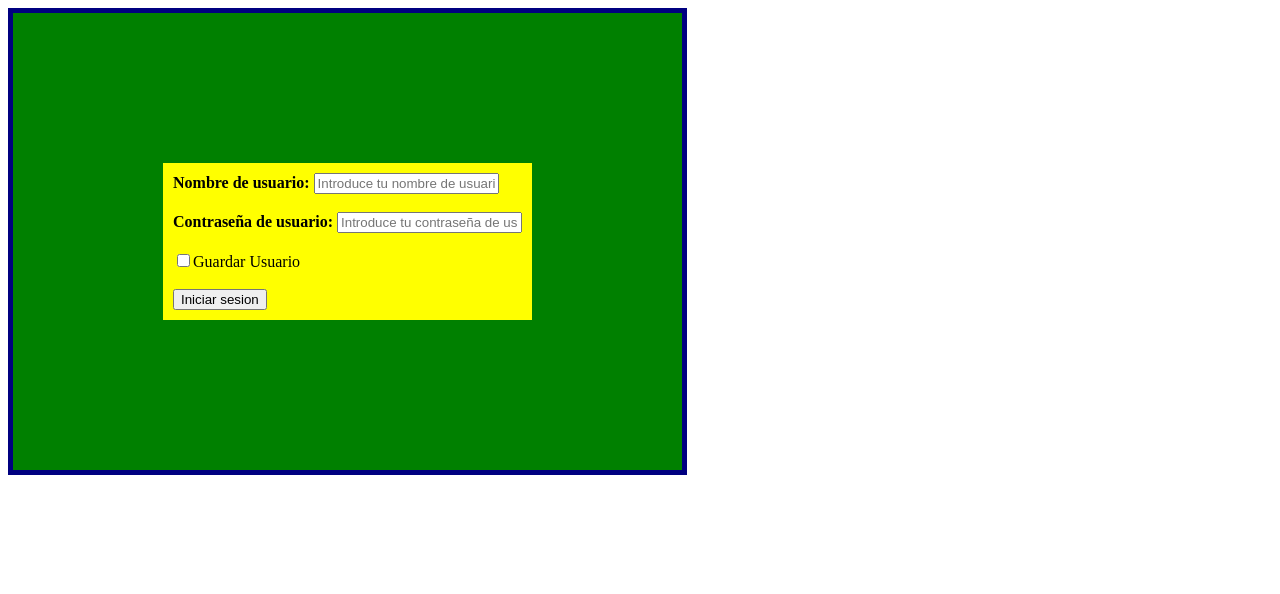
Repository: angegon/Developing-Applications-for-the-Java-EE-Platform
Page: http://localhost/21_validacion_servlet_jsp_mas_cookie_usuario/login.jsp
These files come from the project's save history. The page is drawn as it stood at one moment and after the next save; the edit follows.
The browser window is 1280 px wide. The pictures show the whole page.
The page is served by Tomcat 9.

Above is the page before, as saved 2016-12-23 18:30:55.

After the next save:
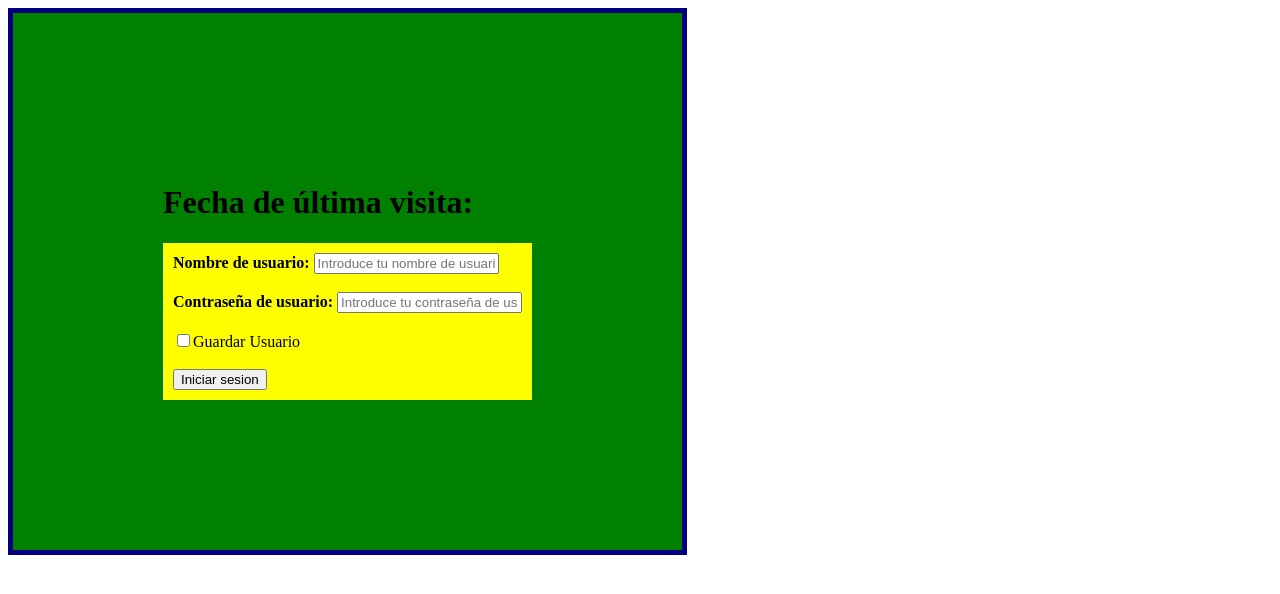
Saved 25 s later.
--- a/javaee/21_validacion_servlet_jsp_mas_cookie_usuario/WebContent/login.jsp
+++ b/javaee/21_validacion_servlet_jsp_mas_cookie_usuario/WebContent/login.jsp
@@ -24,6 +24,10 @@
 		return valor;
 	}%>
 
+		<h1>
+		Fecha de última visita:
+		<%=obtenerCookie(request)%></h1>
+
 	<div style="background-color: yellow; padding: 10px">
 	<b>Nombre de usuario:</b> <input type="text" name="usuario" placeholder="Introduce tu nombre de usuario"/>
 	</br></br>
